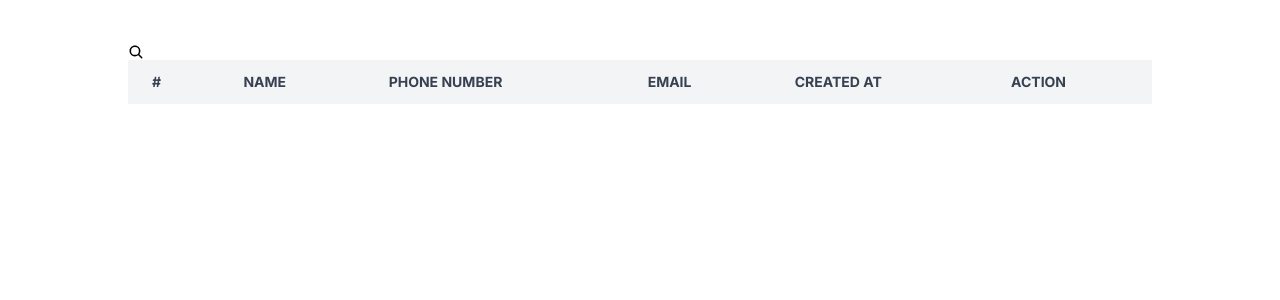
Repository: KilluaProject/crud-nextjs14
Page: /contacts
These files come from the project's save history. The page is drawn as it stood at one moment and after the next save; the edit follows.
The browser window is 1280 px wide. The pictures show the whole page.
The project was rebuilt for these pictures with package versions that can differ from the ones it lists, and the page was loaded fresh each time. The framework's server and built-in components were replaced by stand-ins that run in the browser. Also part of the build but not shown: next.config.mjs.

Above is the page before, as saved 2024-06-30 11:33:12.

### app/layout.tsx
import type { Metadata } from "next";
import { Inter } from "next/font/google";
import "./globals.css";

const inter = Inter({ subsets: ["latin"] });

export const metadata: Metadata = {
  title: "CRUD Apps",
  description: "Generated by create next app",
};

export default function RootLayout({
  children,
}: Readonly<{
  children: React.ReactNode;
}>) {
  return (
    <html lang="en">
      <body className={inter.className}>{children}</body>
    </html>
  );
}

### app/contacts/page.tsx
import ContactsTable from '@/components/ContactsTable'
import Search from '@/components/Search'


const ContactsPage = () => {
  return (
    <div className='max-w-screen-lg mx-auto mt-5'>
        <div>
            <Search/>
        </div>
        <ContactsTable/>
    </div>
  )
}

export default ContactsPage

### components/ContactsTable.tsx


const ContactsTable = () => {
  return (
    <table className="w-full text-sm text-left text-gray-500">
        <thead className="text-sm text-gray-700 uppercase bg-gray-100">
            <tr>
                <th className="py-3 px-6">#</th>
                <th className="py-3 px-6">Name</th>
                <th className="py-3 px-6">Phone Number</th>
                <th className="py-3 px-6">Email</th>
                <th className="py-3 px-6">Created At</th>
                <th className="py-3 px-6">Action</th>
            </tr>
        </thead>
        <tbody>
            <tr>
                <td className="py-3 px-6"></td>
                <td className="py-3 px-6"></td>
                <td className="py-3 px-6"></td>
                <td className="py-3 px-6"></td>
                <td className="py-3 px-6"></td>
                <td className="py-3 px-6"></td>
            </tr>
        </tbody>
    </table>
  )
}

export default ContactsTable

### components/Search.tsx
import React from 'react'
import { IoSearch } from 'react-icons/io5'

const Search = () => {
  return (
    <div>
        <input type="text" />

        <IoSearch/>

    </div>
  )
}

export default Search

Loaded but not shown: app/globals.css (common file); tailwind.config.ts (common file)

After the next save:
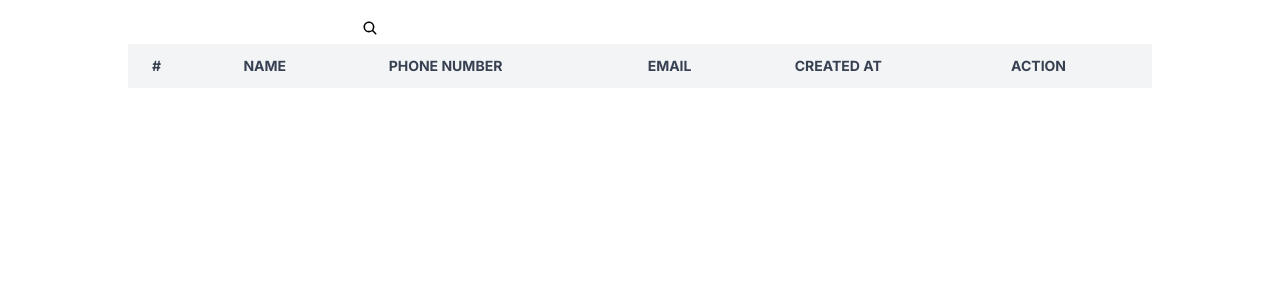
Saved 37 s later.
--- a/components/Search.tsx
+++ b/components/Search.tsx
@@ -3,7 +3,7 @@ import { IoSearch } from 'react-icons/io5'
 
 const Search = () => {
   return (
-    <div>
+    <div className='relative flex flex-1'>
         <input type="text" />
 
         <IoSearch/>
